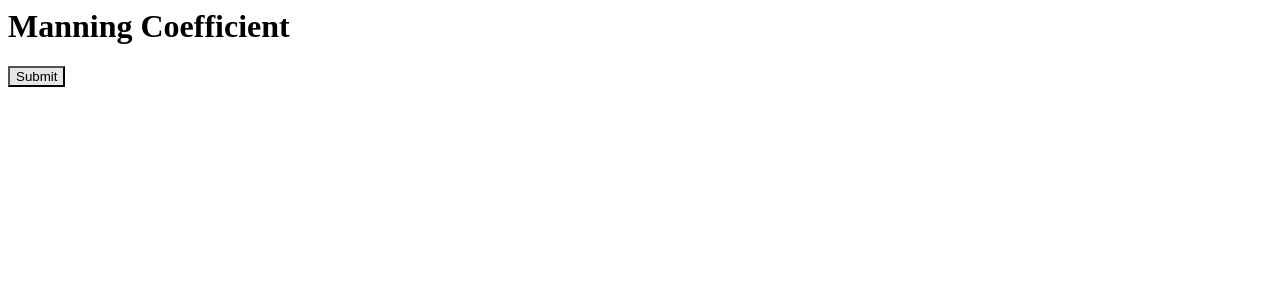
Repository: shape87/FloodAnalysis
Page: FloodAnalysis27/Web/templates/manning.html
The author's editor kept a copy of each file at every save. The page is drawn from the files as they stood at one save, then again after the next save.
The browser window is 1280 px wide. The pictures show the whole page.

Above is the page before, as saved 2017-01-23 14:48:07.

### FloodAnalysis27/Web/templates/manning.html
<h1>Manning Coefficient</h1>
<form id="manning_input_form" enctype="multipart/form-data">

	 <div class="form-group">
		<input style="background-color: #e6e6e6" type="submit"
		class="btn btn-default" value="Submit" />
	</div>

</form>

After the next save:
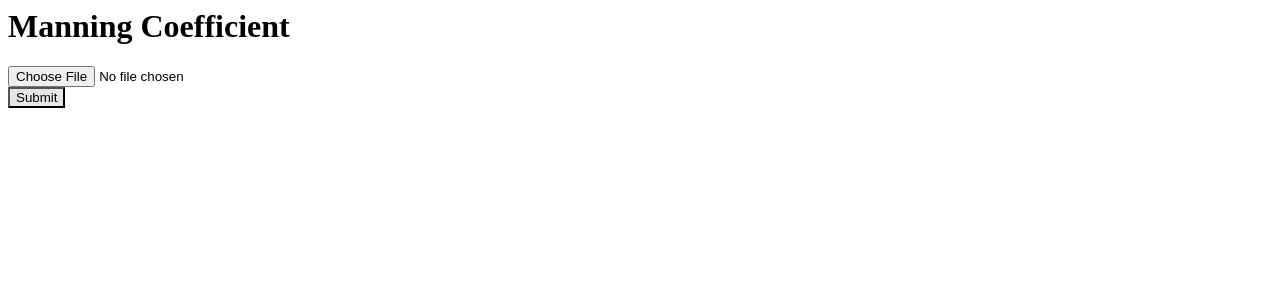
Saved 58 s later.
--- a/FloodAnalysis27/Web/templates/manning.html
+++ b/FloodAnalysis27/Web/templates/manning.html
@@ -1,5 +1,12 @@
 <h1>Manning Coefficient</h1>
 <form id="manning_input_form" enctype="multipart/form-data">
+
+	 <div id="manning_table_calc">
+	 	<div class="form-group">
+		  <input id="channel_properties_file" type="file" name="channel_properties_file" />
+	 	</div>
+	 </div>
+
 
 	 <div class="form-group">
 		<input style="background-color: #e6e6e6" type="submit"
